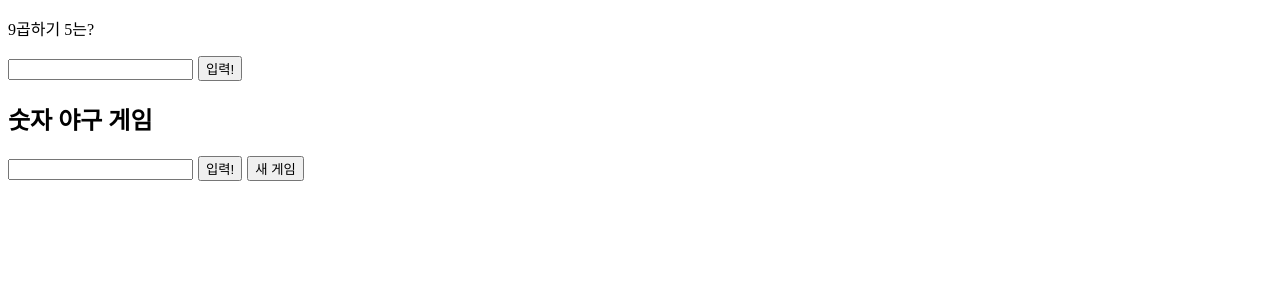
Repository: jun01270/number_baseball
Page: index.html
These files come from the project's save history. The page is drawn as it stood at one moment and after the next save; the edit follows.
The browser window is 1280 px wide. The pictures show the whole page.

Above is the page before, as saved 2023-08-28 15:26:33.

After the next save:
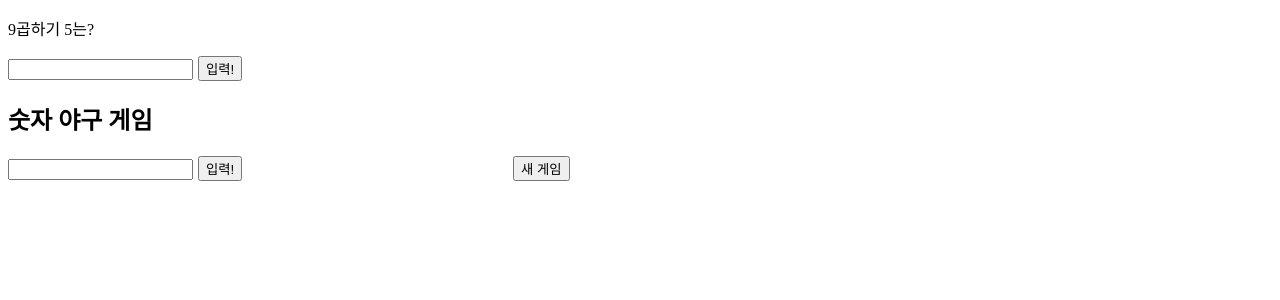
Saved 3 min 14 s later.
--- a/index.html
+++ b/index.html
@@ -17,9 +17,9 @@
     <div>
       <h2>숫자 야구 게임</h2>
       <form id="baseball">
-        <input id="baseball_input" type="number" /><button>입력!</button
-        ><button>새 게임</button>
+        <input id="baseball_input" type="number" /><button>입력!</button>
       </form>
+      <button>새 게임</button>
       <p id="record"></p>
       <span id="baseball_strike"></span><span id="baseball_ball"></span
       ><span id="baseball_out"></span>
